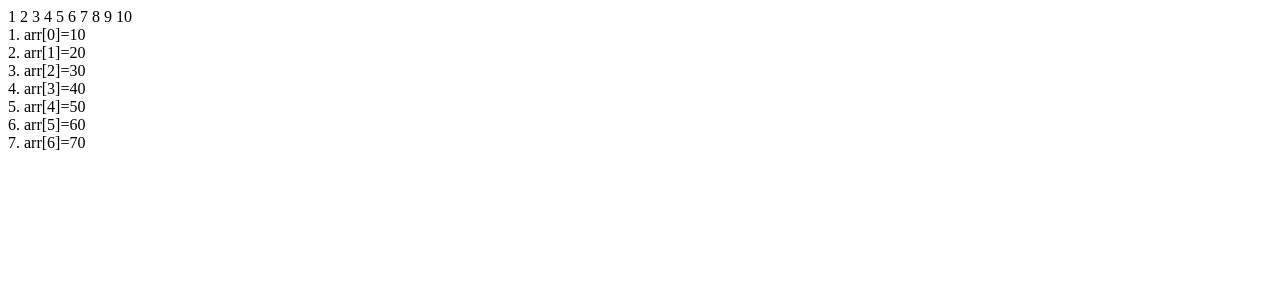
Repository: chanhee0506/spring
Page: http://localhost/ServletJSPWeb/jstl.jsp
These files come from the project's save history. The page is drawn as it stood at one moment and after the next save; the edit follows.
The browser window is 1280 px wide. The pictures show the whole page.
The page is served by Tomcat 9. Other server files are loaded and not shown.

Above is the page before, as saved 2023-04-03 06:45:32.

### ServletJSPWeb/src/main/webapp/jstl.jsp
<%@ page language="java" contentType="text/html; charset=UTF-8"
    pageEncoding="UTF-8"%>
<%@ taglib prefix="c" uri="http://java.sun.com/jsp/jstl/core" %>
<%@ taglib prefix="fmt" uri="http://java.sun.com/jsp/jstl/fmt" %>
<!DOCTYPE html>
<html lang="ko">
<head>
    <meta charset="UTF-8">
    <meta http-equiv="X-UA-Compatible" content="IE=edge">
    <meta name="viewport" content="width=device-width, initial-scale=1.0">
    <title>JSTL</title>
</head>
<body>
	<c:set var="to" value="10" />
	<c:set var="arr" value="10,20,30,40,50,60,70" />

	<c:forEach var="i" begin="1" end="${to }">
		${i }
	</c:forEach>
	<br>

	<c:if test="${not empty arr }">
		<c:forEach var="elem" items="${arr }" varStatus="status">
			${status.count }. arr[${status.index }]=${elem } <br>
		</c:forEach>
	</c:if>

	<c:if test="${param.msg != null}">
		msg=${param.msg }
		msg=<c:out value="${param.msg }" />
	</c:if>

</body>
</html>

After the next save:
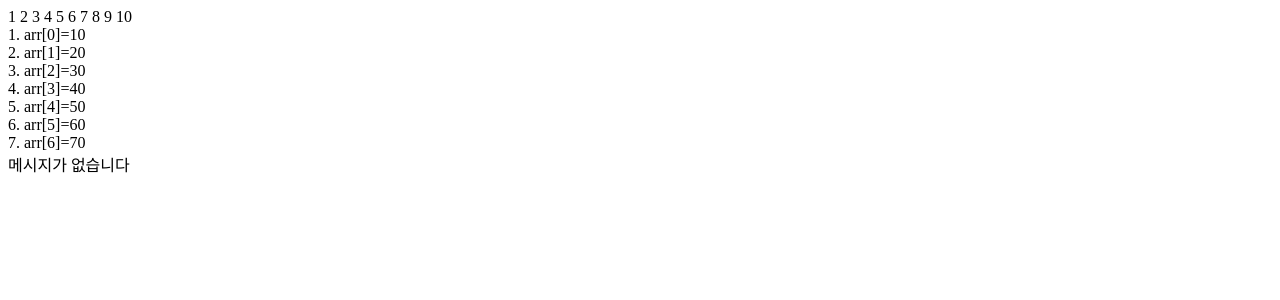
Saved 17 h 48 min later.
--- a/ServletJSPWeb/src/main/webapp/jstl.jsp
+++ b/ServletJSPWeb/src/main/webapp/jstl.jsp
@@ -30,5 +30,7 @@
 		msg=<c:out value="${param.msg }" />
 	</c:if>
 
+	<c:if test="${param.msg == null }">메시지가 없습니다</c:if>
+
 </body>
 </html>
